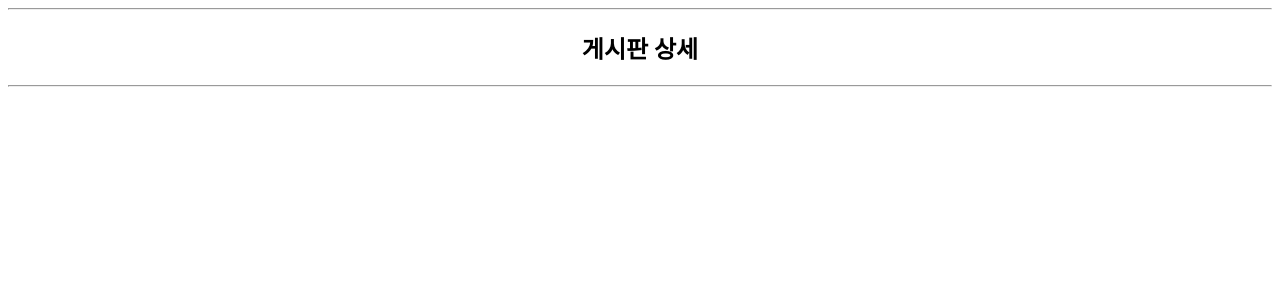
Repository: skim24245/web_workspace_src
Page: http://localhost/Mission-Web/jsp/board/detail.jsp
An editor plug-in stored every save of this project. The page is shown before and after the next save, followed by the edit.
The browser window is 1280 px wide. The pictures show the whole page.
The page is served by Tomcat 9. Other server files are loaded and not shown.

Above is the page before, as saved 2022-06-07 08:27:30.

### Mission-Web/src/main/webapp/jsp/board/detail.jsp
<%@ page language="java" contentType="text/html; charset=UTF-8"
    pageEncoding="UTF-8"%>
<%
//http://localhost:9999/Mission-Web/jsp/board/detail.jsp?no=23 이렇게 날라옴.데이터베이스 키보드에 가서 해당하는 게시글을 가져와서 화면에 뿌려주면 됌.
%>


<!DOCTYPE html>
<html>
<head>
<meta charset="UTF-8">
<title>Insert title here</title>
</head>
<body>
<div align ="center">
<hr>
<h2>게시판 상세</h2>
<hr>
</div>
</body>
</html>

After the next save:
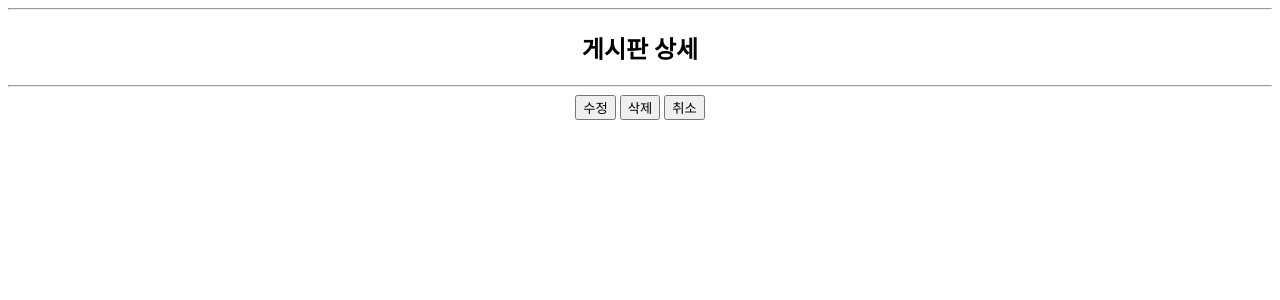
Saved 93 s later.
--- a/Mission-Web/src/main/webapp/jsp/board/detail.jsp
+++ b/Mission-Web/src/main/webapp/jsp/board/detail.jsp
@@ -16,6 +16,13 @@
 <hr>
 <h2>게시판 상세</h2>
 <hr>
+
+
+<button id="updateBtn">수정</button>
+<button id="deleteBtn">삭제</button>
+<button id="backBtn">취소</button>
+
+
 </div>
 </body>
 </html>
